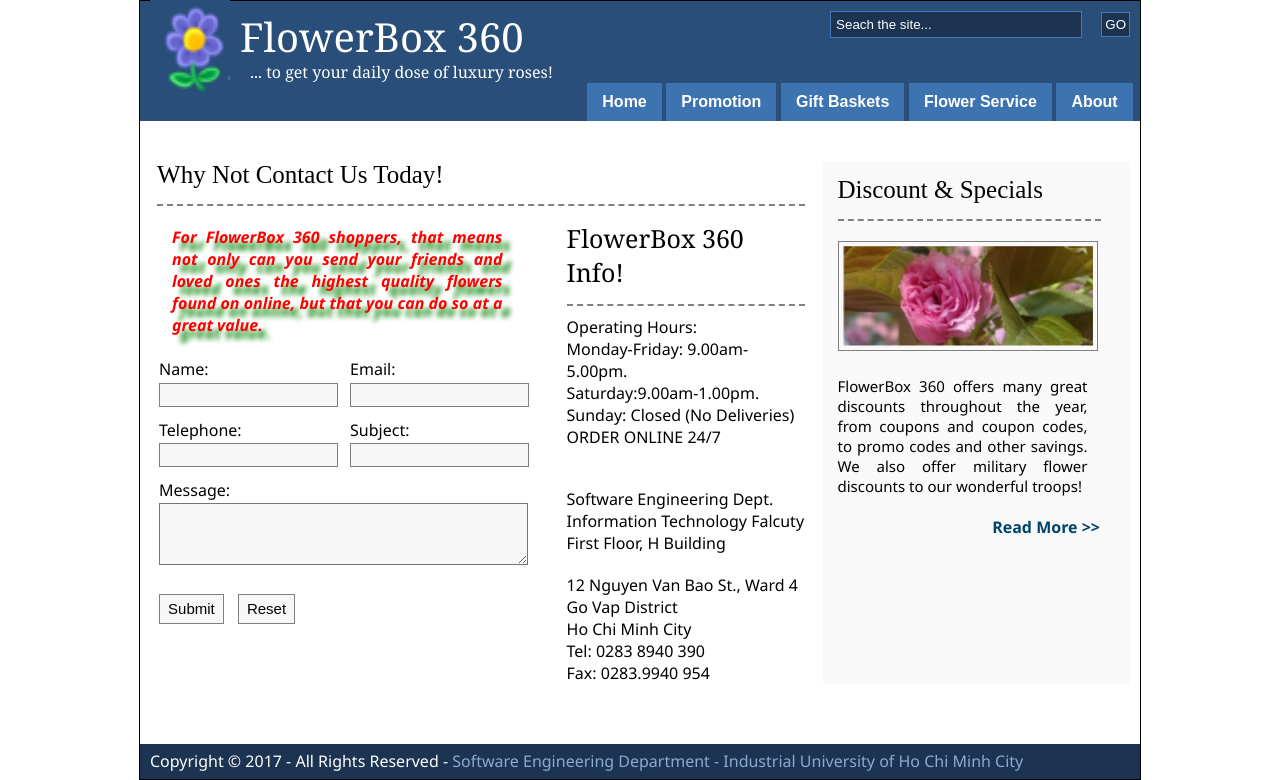
Repository: thu1365/BTKT_WEB
Page: HTML/btkt.html
An editor plug-in stored every save of this project. The page is shown before and after the next save, followed by the edit.
The browser window is 1280 px wide. The pictures show the whole page.

Above is the page before, as saved 2023-03-11 21:36:49.

### HTML/btkt.html
<!DOCTYPE html>
<html lang="en">

<head>
    <meta charset="UTF-8">
    <meta http-equiv="X-UA-Compatible" content="IE=edge">
    <meta name="viewport" content="width=device-width, initial-scale=1.0">
    <title>21025781-Lê Minh Thư</title>
    <style>
        * {
            padding: 0;
            margin: 0 auto;
        }

        .wrapper {
            width: 1000px;
            background-color: #fff;
            border: 1px solid black;
        }

        header {
            position: relative;
            width: 1000px;
            height: 120px;
            background-color: #294e79;
            font-family: Georgia, 'Times New Roman', Times, serif;
        }

        .logo {
            position: relative;
            left: 10px;
            bottom: 15px;
            width: 80px;
            height: 130px;
        }

        .name1 {
            font-size: 40px;
            color: #fff;
            position: absolute;
            left: 100px;
            top: 8px;
        }

        .name2 {
            color: #fff;
            position: absolute;
            left: 110px;
            top: 60px;
        }

        #search1 {
            background-color: #1c3451;
            border: 1px solid #4579b7;
            color: #fff;
            margin-right: 15px;
            width: 250px;
            height: 25px;
        }

        #search1::placeholder {
            padding-left: 5px;
            color: #fff;
        }

        #search2 {
            background-color: #1c3451;
            border: 1px solid #4579b7;
            color: #fff;
            height: 25px;
            padding: 0 3px;
        }

        .search_form {
            position: absolute;
            top: 10px;
            right: 10px;
        }

        .nav {
            display: flex;
            width: 550px;
            position: absolute;
            bottom: 0px;
            right: 5px;
            font-family: Arial, Helvetica, sans-serif;
        }

        .nav_item {
            position: relative;
            padding: 10px 15px;
            background-color: #3d73b1;
        }

        .nav_item:hover {
            background-color: #8babd0;
        }

        .nav_item a {
            color: white;
            font-weight: bold;
            text-decoration: none;
        }

        .nav1 {
            display: none;
            position: absolute;
            top: 39px;
            left: 0px;
            width: 180px;
            height: 60px;
            background-color: #8babd0;
        }

        .nav2 {
            box-sizing: border-box;
            padding-left: 15px;
            line-height: 30px;
            height: 50%;
            border: 1px solid rgb(158, 196, 240);
            color: white;
        }

        .nav_item:hover .nav1 {
            display: block;
            background-color: #9bbbe0;
        }

        .nav2:hover {
            background-color: #edf6ff;
            cursor: pointer;
        }

        .container {
            font-family: 'Segoe UI', Tahoma, Geneva, Verdana, sans-serif;
            padding-bottom: 60px;
            width: 100%;
            display: flex;
        }

        .Left {
            display: flex;
            width: 70%;
            justify-content: space-between;
            flex-wrap: wrap;
        }

        .p1 {
            width: 55%;
        }

        .p2 {
            width: 35%;
        }

        .p3 {
            background-color: #f9f9f9;
            width: 30%;
            padding-left: 15px;
            margin-top: 40px;
            margin-right: 10px;
        }

        .Left1 {
            font-family: 'Times New Roman', Times, serif;
            width: 95%;
            padding: 40px 0px 15px 0px;
            font-size: 25px;
            border-bottom: 2px dashed gray;
        }

        .p1_1 {
            padding: 20px 30px 20px 15px;
            text-align: justify;
            color: red;
            font-style: italic;
            font-family: 'Segoe UI', Tahoma, Geneva, Verdana, sans-serif;
            text-shadow: 8px 8px 5px green;
        }

        table input {
            height: 22px;
            margin-right: 10px;
            margin-bottom: 10px;
            background-color: #f7f7f7;
            border: 1px solid gray;
        }

        table textarea {
            background-color: #f7f7f7;
        }

        .p1_sub {
            box-sizing: border-box;
            margin-top: 20px;
            height: 30px;
            font-size: 15px;
            padding: 0 8px;
            line-height: 28px;
            border: 1px solid gray;
        }

        .p2_1 {
            font-family: Georgia, 'Times New Roman', Times, serif;
            padding: 15px 0px 15px;
            width: 100%;
            font-size: 25px;
            border-bottom: 2px dashed gray;
        }

        .p2_2 {
            font-family: 'Segoe UI', Tahoma, Geneva, Verdana, sans-serif;
            padding: 10px 0 40px 0;
        }

        .p2_3 {
            font-family: 'Segoe UI', Tahoma, Geneva, Verdana, sans-serif;
        }

        .p2_4 {
            font-family: 'Segoe UI', Tahoma, Geneva, Verdana, sans-serif;
            padding-top: 20px;
        }

        .p3_1 {
            font-family: 'Times New Roman', Times, serif;
            padding: 15px 0px 15px;
            width: 90%;
            margin-right: 30px;
            font-size: 25px;
            border-bottom: 2px dashed gray;
        }

        .p3_anh {
            width: 250px;
            height: 100px;
            padding: 4px;
            margin: 20px 0;
            border: 1px solid gray;
        }

        .p3_2 {
            width: 250px;
            margin-right: 30px;
            float: left;
            text-align: justify;
            font-family: 'Segoe UI', Tahoma, Geneva, Verdana, sans-serif;
            font-size: 15px;
            display: block;
        }

        .p3_3 {
            color: #00436d;
            font-weight: bold;
            margin-right: 30px;
            float: right;
            padding-top: 20px;
            text-decoration: none;
        }

        footer {
            background-color: #1c3451;
            height: 35px;
        }

        #footer_1 {
            font-family: 'Segoe UI', Tahoma, Geneva, Verdana, sans-serif;
            padding-left: 10px;
            color: #8babd0;
            line-height: 35px;
        }

        #footer_1 .white {
            color: #fff;
        }
    </style>
</head>

<body>
    <div class="wrapper">
        <header>
            <img src="/IMAGE/AnhLogo.PNG" alt="" class="logo">
            <p class="name1">FlowerBox 360</p>
            <p class="name2">... to get your daily dose of luxury roses!</p>
            <form action="" class="search_form">
                <input type="text" name="" id="search1" placeholder="Seach the site...">
                <input id="search2" type="button" value="GO">
            </form>
            <div class="nav">
                <div class="nav_item"><a href="">Home</a></div>
                <div class="nav_item"><a href="">Promotion</a></div>
                <div class="nav_item"><a href="">Gift Baskets</a></div>
                <div class="nav_item"><a href="">Flower Service</a>
                    <div class="nav1">
                        <div class="nav2"><b>Flower for Wedding</b></div>
                        <div class="nav2"><b>Flower for Conference</b></div>

                    </div>
                </div>
                <div class="nav_item"><a href="">About</a></div>
            </div>
        </header>
        <div class="container">
            <div class="Left">
                <p class="Left1">Why Not Contact Us Today!</p>
                <div class="p1">
                    <p class="p1_1"><b>For FlowerBox 360 shoppers, that means not only can you send your friends and loved ones the highest quality flowers found on online, but that you can do so at a great value.</b></p>
                    <form action="" class="c1_form">
                        <table>
                            <tr>
                                <td><label for="name_ip">Name:</label></td>
                                <td><label for="mail_ip">Email:</label></td>
                            </tr>
                            <tr>
                                <td><input type="text" name="" id="name_ip"></td>
                                <td><input type="email" name="" id="mail_ip"></td>
                            </tr>
                            <tr>
                                <td><label for="tel_ip">Telephone:</label></td>
                                <td><label for="sub_ip">Subject:</label></td>
                            </tr>
                            <tr>
                                <td><input type="tel" name="" id="tel_ip"></td>
                                <td><input type="text" name="" id="sub_ip"></td>
                            </tr>
                            <tr>
                                <td colspan="2"><label for="mess_ip">Message:</label></td>
                            </tr>
                            <tr>
                                <td colspan="2"> <textarea name="" id="mess_ip" cols="44" rows="4"></textarea></td>
                            </tr>
                            <tr>
                                <tr>
                                    <td><input class="p1_sub" type="button" value="Submit"> <input class="p1_sub" type="button" value="Reset"></td>
                                </tr>
                            </tr>
                        </table>

                    </form>
                </div>
                <div class="p2">
                    <p class="p2_1">FlowerBox 360 Info!</p>
                    <p class="p2_2">Operating Hours: <br> Monday-Friday: 9.00am-5.00pm.<br> Saturday:9.00am-1.00pm.
                        <br> Sunday: Closed (No Deliveries)<br> ORDER ONLINE 24/7
                    </p>
                    <p class="p2_3">
                        Software Engineering Dept. <br> Information Technology Falcuty<br> First Floor, H Building
                    </p>
                    <p class="p2_4">
                        12 Nguyen Van Bao St., Ward 4<br> Go Vap District<br> Ho Chi Minh City<br> Tel: 0283 8940 390<br> Fax: 0283.9940 954
                    </p>


                </div>
            </div>
            <div class="p3">
                <p class="p3_1">Discount & Specials</p>
                <img src="/IMAGE/Hoa.jpg" alt="" class="p3_anh">
                <p class="p3_2">FlowerBox 360 offers many great discounts throughout the year, from coupons and coupon codes, to promo codes and other savings. We also offer military flower discounts to our wonderful troops!</p>
                <a class="p3_3" href="">Read More >></a>
            </div>
        </div>
        <footer>
            <p id="footer_1"><span class="white">Copyright © 2017 - All Rights Reserved -</span> Software Engineering Department - Industrial University of Ho Chi Minh City</p>
        </footer>
    </div>
</body>

</html>

After the next save:
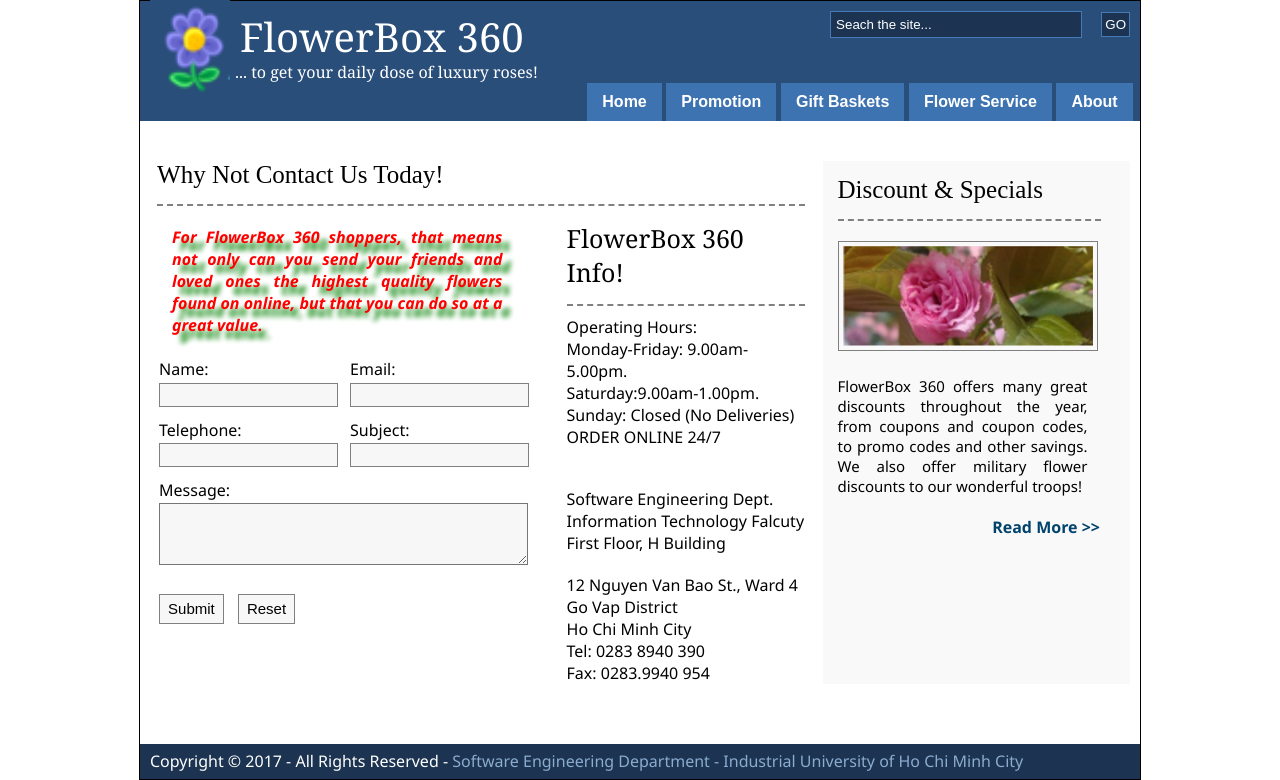
Saved 8 s later.
--- a/HTML/btkt.html
+++ b/HTML/btkt.html
@@ -45,7 +45,7 @@
         .name2 {
             color: #fff;
             position: absolute;
-            left: 110px;
+            left: 95px;
             top: 60px;
         }
 
